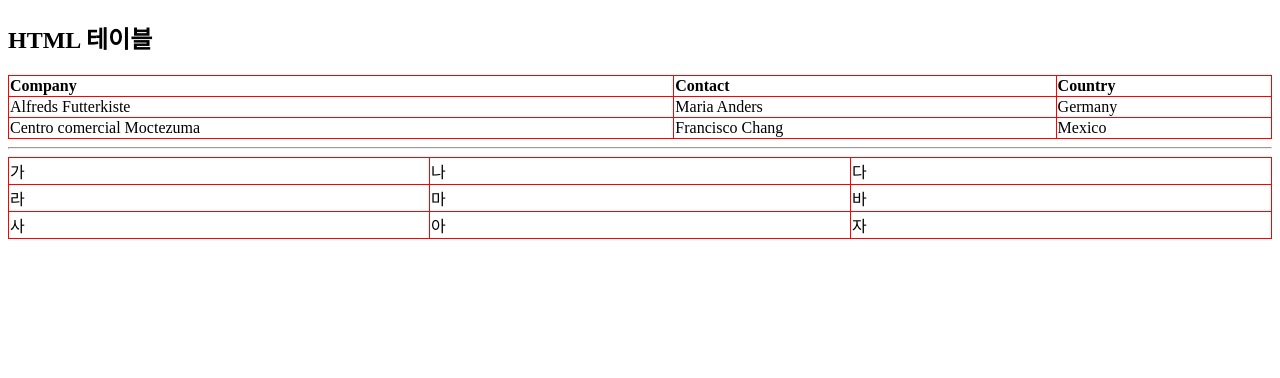
Repository: start-ha/MSA_EDU
Page: WEB/WebFront/WebLabs/Web/src/main/webapp/Ex06_Table.html
These files come from the project's save history. The page is drawn as it stood at one moment and after the next save; the edit follows.
The browser window is 1280 px wide. The pictures show the whole page.

Above is the page before, as saved 2025-09-16 06:57:19.

After the next save:
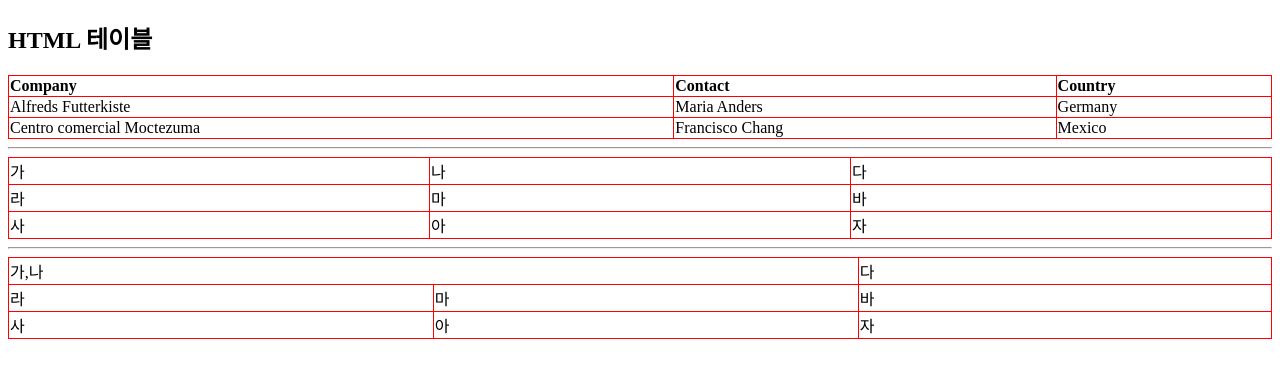
Saved 76 s later.
--- a/WEB/WebFront/WebLabs/Web/src/main/webapp/Ex06_Table.html
+++ b/WEB/WebFront/WebLabs/Web/src/main/webapp/Ex06_Table.html
@@ -37,7 +37,12 @@
 	<tr><td>라</td><td>마</td><td>바</td></tr>
 	<tr><td>사</td><td>아</td><td>자</td></tr>
 </table>
-
+<hr>
+<table>
+	<tr><td colspan="2">가,나</td><td>다</td></tr>
+	<tr><td>라</td><td>마</td><td>바</td></tr>
+	<tr><td>사</td><td>아</td><td>자</td></tr>
+</table>
 
 </body>
 </html>
